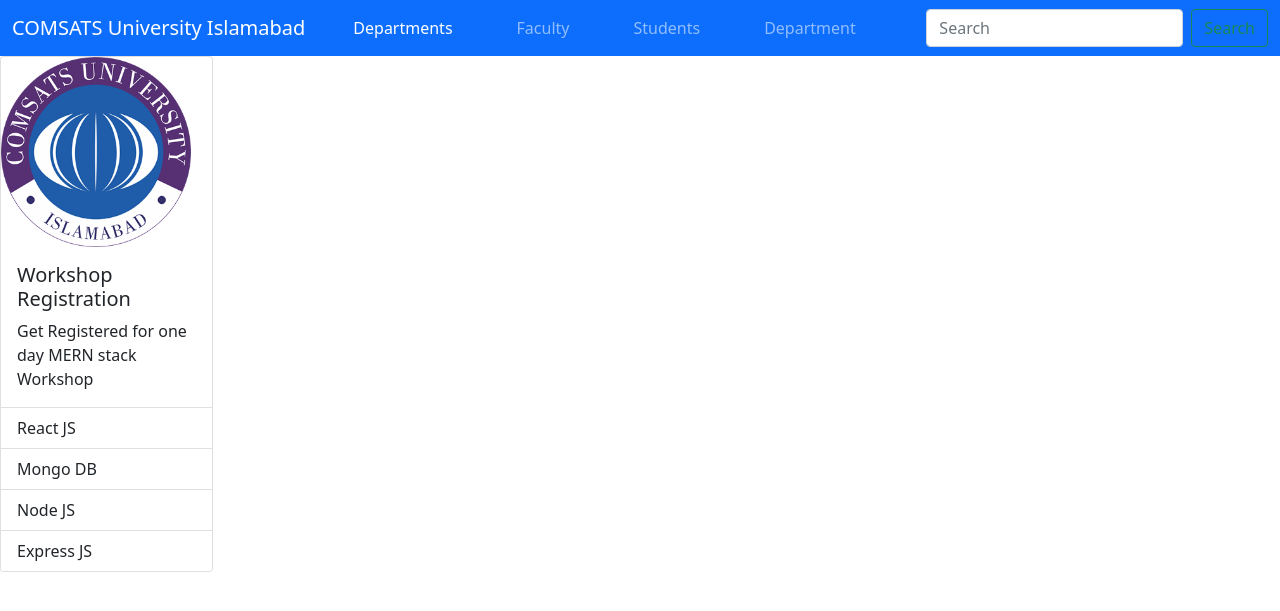
Repository: SaudCh/Web-Mid-Exams
Page: /home
These files come from the project's save history. The page is drawn as it stood at one moment and after the next save; the edit follows.
The browser window is 1280 px wide. The pictures show the whole page.
The project was rebuilt for these pictures with package versions that can differ from the ones it lists, and the page was loaded fresh each time.

Above is the page before, as saved 2021-11-22 10:50:06.

### src/App.js
import React from "react";
import { BrowserRouter as Router, Switch, Route, Link } from "react-router-dom";
import "../node_modules/bootstrap/dist/css/bootstrap.min.css";
import "../node_modules/bootstrap/dist/js/bootstrap.bundle.min";
import Header from "./Shared/Header";
import SideBar from "./Shared/SideBar";

export default function App() {
  return (
    <Router>
      <Header />
      <div>
        <div className="col-2">
          <SideBar />
        </div>
        <div className="col-10"></div>
      </div>
    </Router>
  );
}

### src/Shared/Header.jsx
import React from "react";
import { Link } from "react-router-dom";
export default function Header() {
  return (
    <nav class="navbar navbar-expand-lg navbar-dark bg-primary">
      <div class="container-fluid">
        <Link to="/" class="navbar-brand" href="#">
          COMSATS University Islamabad
        </Link>
        <button
          class="navbar-toggler"
          type="button"
          data-bs-toggle="collapse"
          data-bs-target="#navbarSupportedContent"
          aria-controls="navbarSupportedContent"
          aria-expanded="false"
          aria-label="Toggle navigation"
        >
          <span class="navbar-toggler-icon"></span>
        </button>
        <div class="collapse navbar-collapse" id="navbarSupportedContent">
          <ul class="navbar-nav me-auto mb-2 mb-lg-0">
            <li class="nav-item mx-md-4">
              <Link to="/" class="nav-link active" aria-current="page" href="#">
                Departments
              </Link>
            </li>
            <li class="nav-item mx-md-4">
              <Link to="/" class="nav-link" href="#">
                Faculty
              </Link>
            </li>

            <li class="nav-item mx-md-4">
              <Link
                to="/"
                class="nav-link"
                href="#"
                tabindex="-1"
                aria-disabled="true"
              >
                Students
              </Link>
            </li>
            <li class="nav-item mx-md-4">
              <Link
                to="/"
                class="nav-link"
                href="#"
                tabindex="-1"
                aria-disabled="true"
              >
                Department
              </Link>
            </li>
          </ul>
          <form class="d-flex">
            <input
              class="form-control me-2"
              type="search"
              placeholder="Search"
              aria-label="Search"
            />
            <button class="btn btn-outline-success" type="submit">
              Search
            </button>
          </form>
        </div>
      </div>
    </nav>
  );
}

### src/Shared/SideBar.jsx
import React from "react";
import logo from "../public/comsats-logo.png";

export default function SideBar() {
  return (
    <div class="card">
      <img src={logo} class="card-img-top" style={{ width: "90%" }} alt="..." />
      <div class="card-body">
        <h5 class="card-title">Workshop Registration</h5>
        <p class="card-text">Get Registered for one day MERN stack Workshop</p>
      </div>
      <ul class="list-group list-group-flush">
        <li class="list-group-item">React JS</li>
        <li class="list-group-item">Mongo DB</li>
        <li class="list-group-item">Node JS</li>
        <li class="list-group-item">Express JS</li>
      </ul>
    </div>
  );
}

Loaded but not shown: public/index.html (common file); src/index.js (common file); src/index.css (common file); src/reportWebVitals.js (common file)

After the next save:
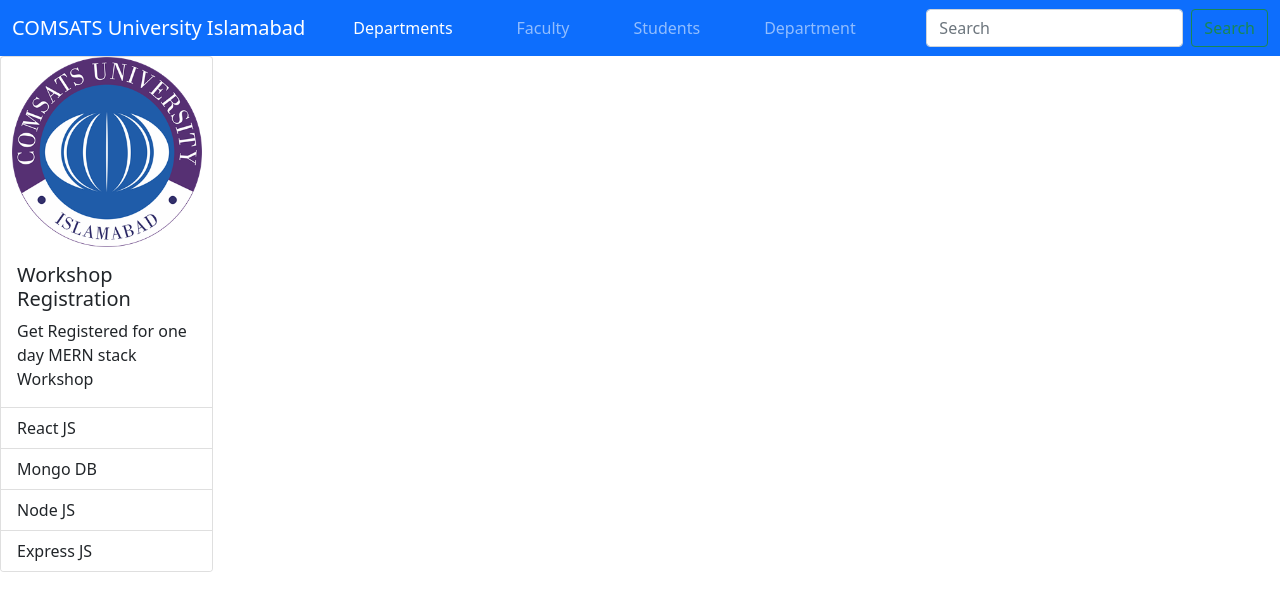
Saved 17 s later.
--- a/src/Shared/SideBar.jsx
+++ b/src/Shared/SideBar.jsx
@@ -4,7 +4,12 @@
 export default function SideBar() {
   return (
     <div class="card">
-      <img src={logo} class="card-img-top" style={{ width: "90%" }} alt="..." />
+      <img
+        src={logo}
+        class="card-img-top"
+        style={{ width: "90%", alignSelf: "center" }}
+        alt="..."
+      />
       <div class="card-body">
         <h5 class="card-title">Workshop Registration</h5>
         <p class="card-text">Get Registered for one day MERN stack Workshop</p>
